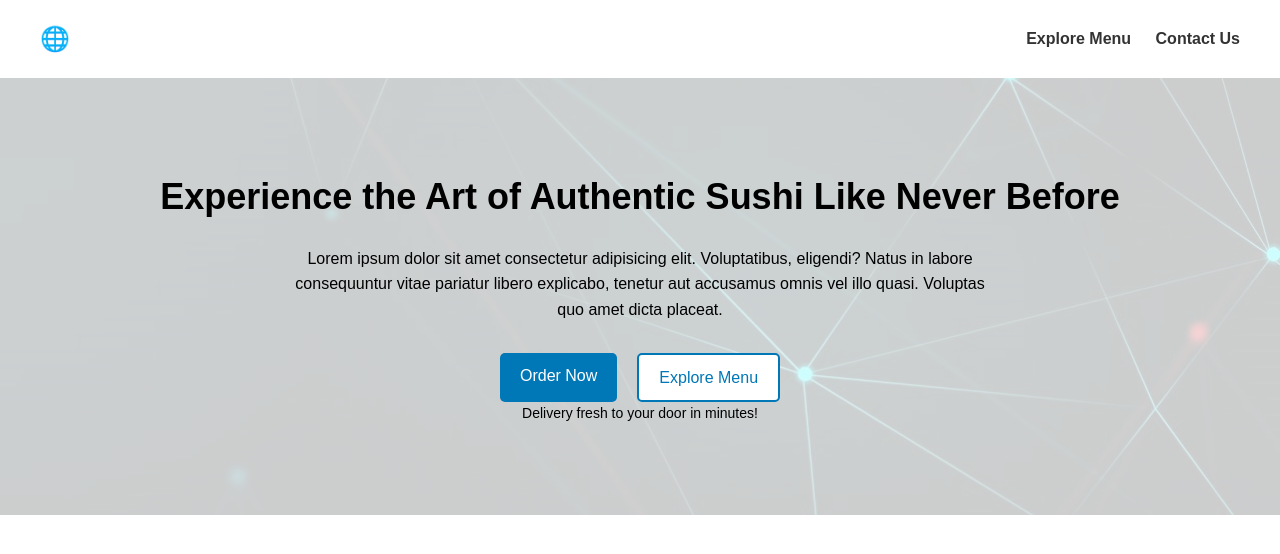
Repository: Femi007-gh/experience
Page: index.html
An editor plug-in stored every save of this project. The page is shown before and after a run of saves, followed by the edit.
The browser window is 1280 px wide. The pictures show the whole page.

Above is the page before, as saved 2025-01-16 07:08:31.

After the next 6 saves:
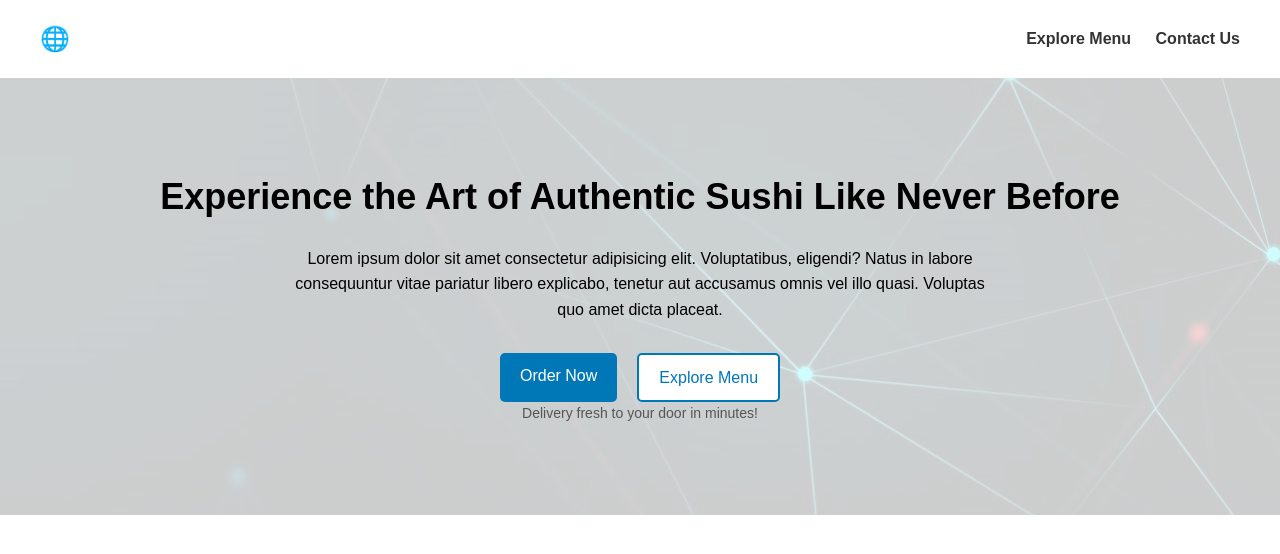
The 6 saves are shown as one change because they came seconds apart.
The last was saved 15 s later.
--- a/style.css
+++ b/style.css
@@ -98,4 +98,6 @@ header nav a:hover {
 .delivery-info {
   margin-top: 20px;
   font-size: 14px;
+  color: #555;
+  position
 }
